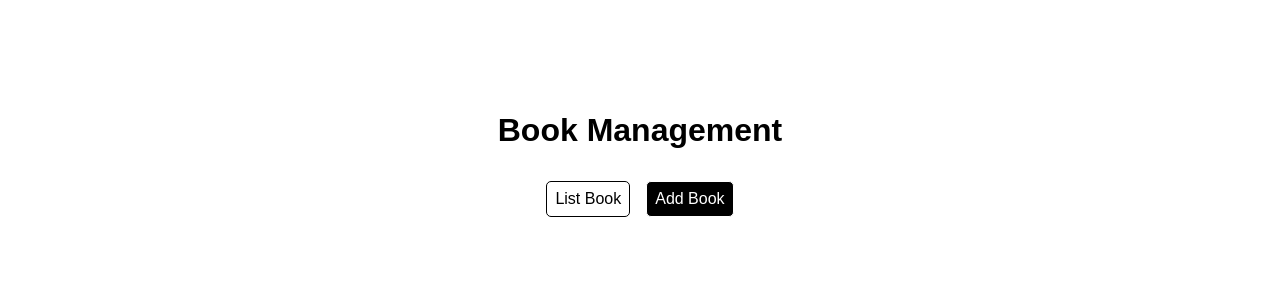
Repository: wakoya-tech/e-library-app1
Page: /add
An editor plug-in stored every save of this project. The page is shown before and after the next save, followed by the edit.
The browser window is 1280 px wide. The pictures show the whole page.
The project was rebuilt for these pictures with package versions that can differ from the ones it lists, and the page was loaded fresh each time. Also part of the build but not shown: vite.config.js, src/components/ListBook.jsx.

Above is the page before, as saved 2025-10-11 22:01:11.

### src/main.jsx
import React from 'react'
import ReactDOM from 'react-dom/client'
import { BrowserRouter } from 'react-router-dom'
import App from './App'
ReactDOM.createRoot(document.getElementById('root')).render(
  <React.StrictMode>
    <BrowserRouter>
    <App />
    </BrowserRouter>

  </React.StrictMode>,
)

### src/App.jsx
import './App.css';
import Header from './components/Header.jsx';
import { Routes, Route } from "react-router-dom";
import ListBook from './components/ListBook.jsx';
import AddBook from './components/AddBook.jsx';

function App() {
  return (
    <div className="App">
      <Header />
    <Routes>
     < Route path='/' element={<ListBook/>}/>
     < Route path='/add' element={<AddBook/>}/>
    </Routes>
    </div>
  );
}

export default App;

### src/App.css
*{
  margin: 0;
  padding: 0;
  box-sizing: border-box;
}
body{
  font-family: Arial, Helvetica, sans-serif;
}
.container{
  max-width: 40rem;

  margin: 7rem auto 0;
}
header{
  text-align: center;

}
header nav{
  margin-top: 2rem;
  display: flex;
  justify-content: center;
  gap: 1rem;
}
header nav > a {
  text-decoration: none;
  border: 1px solid;
  padding: 0.5rem;
  border-radius: 5px;
  color: black;
}
header nav > .active{
  background: black;
  color: white;
}

### src/components/Header.jsx
import React from "react"
import { NavLink } from "react-router-dom"
import { BrowserRouter as Router, Routes, Route } from 'react-router-dom';
function Header(){
    const navigation =[
        {path:'/',name:'List Book'},
        { path:'/add', name:'Add Book'}
    ]
    return(<div className="container">
<header>
    <h1>Book Management</h1>
    <nav>
       {navigation.map(nav=>(
        <NavLink
       key={nav.name}
        to={nav.path}>
{nav.name}
        </NavLink>
       ))}
         </nav>
</header>
    </div>)
}
export default Header

### src/components/AddBook.jsx
import React from "react";
const AddBook = () =>{
    return(
        <div className="addForm"></div>

    )
}
export default AddBook

### src/form/BookForm.jsx


function BookForm() {
  return (
    <div>BookForm</div>
  )
}

export default BookForm

Loaded but not shown: index.html (common file)

After the next save:
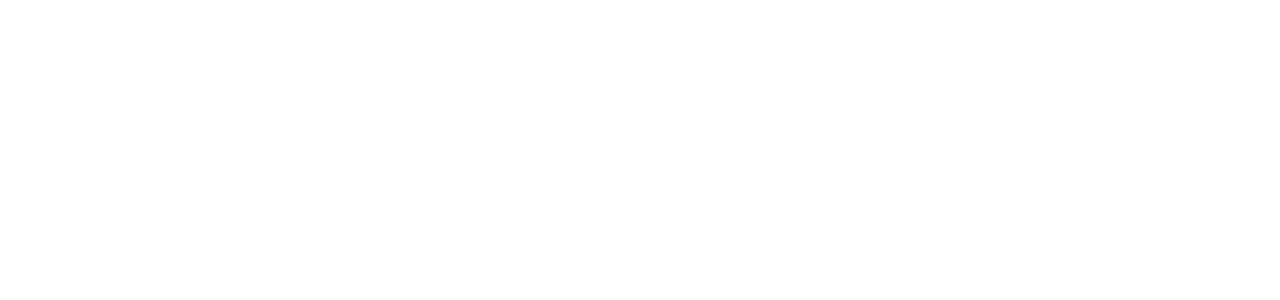
Console error: ReferenceError: BookForm is not defined
Saved 98 s later.
--- a/src/components/AddBook.jsx
+++ b/src/components/AddBook.jsx
@@ -1,7 +1,9 @@
 import React from "react";
 const AddBook = () =>{
     return(
-        <div className="addForm"></div>
+        <div className="addForm">
+            <BookForm/>
+        </div>
 
     )
 }

After the save that followed:
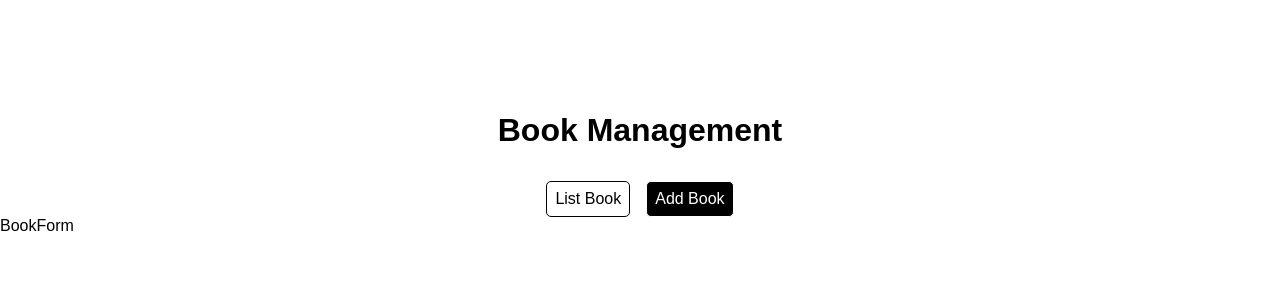
The error is gone.
Saved 35 s later.
--- a/src/components/AddBook.jsx
+++ b/src/components/AddBook.jsx
@@ -1,4 +1,4 @@
-import React from "react";
+import BookForm from "../form/BookForm.jsx"
 const AddBook = () =>{
     return(
         <div className="addForm">
